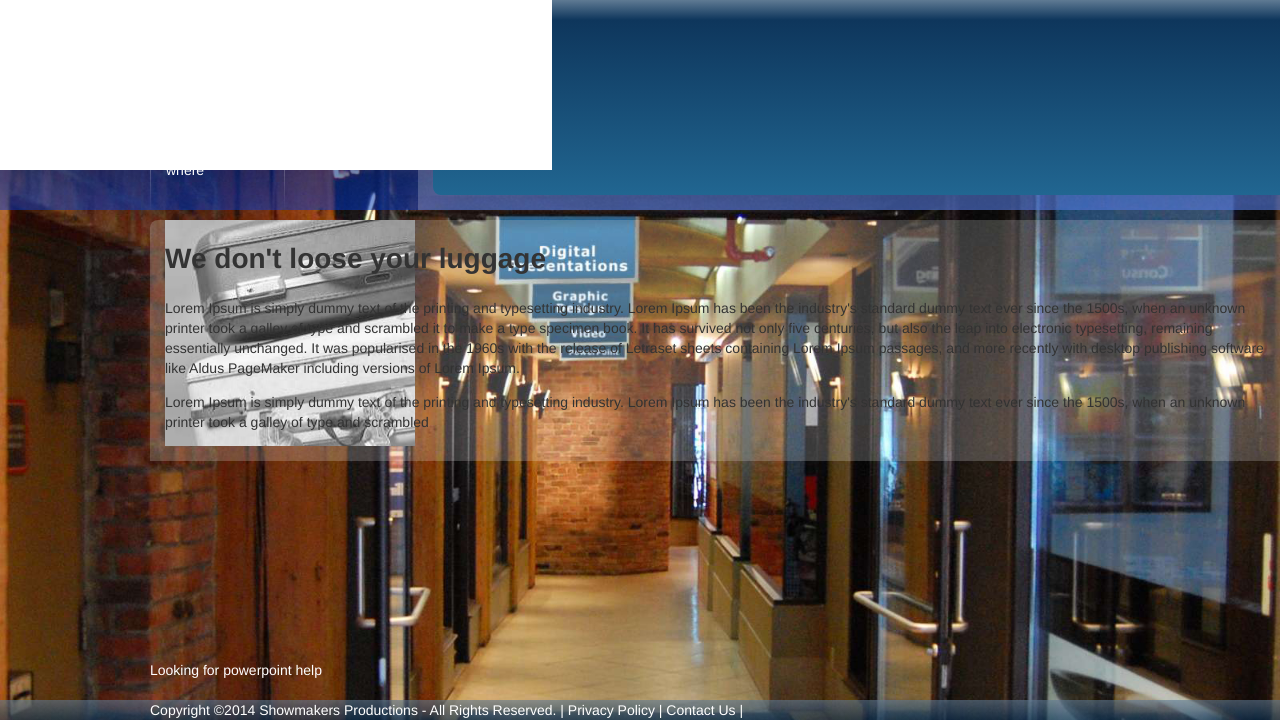
Repository: EddieMachete/showmakers
Page: index.html
The author's editor kept a record of every edit. The page is drawn from the files as they stood at one moment, then again after the next edit.
The browser window is 1280 px wide. The pictures show the whole page.
Backgrounds fixed to the window are drawn as part of the page.

Above is the page before.
Console error: TypeError: Cannot read properties of undefined (reading 'querySelector')

After the next edit:
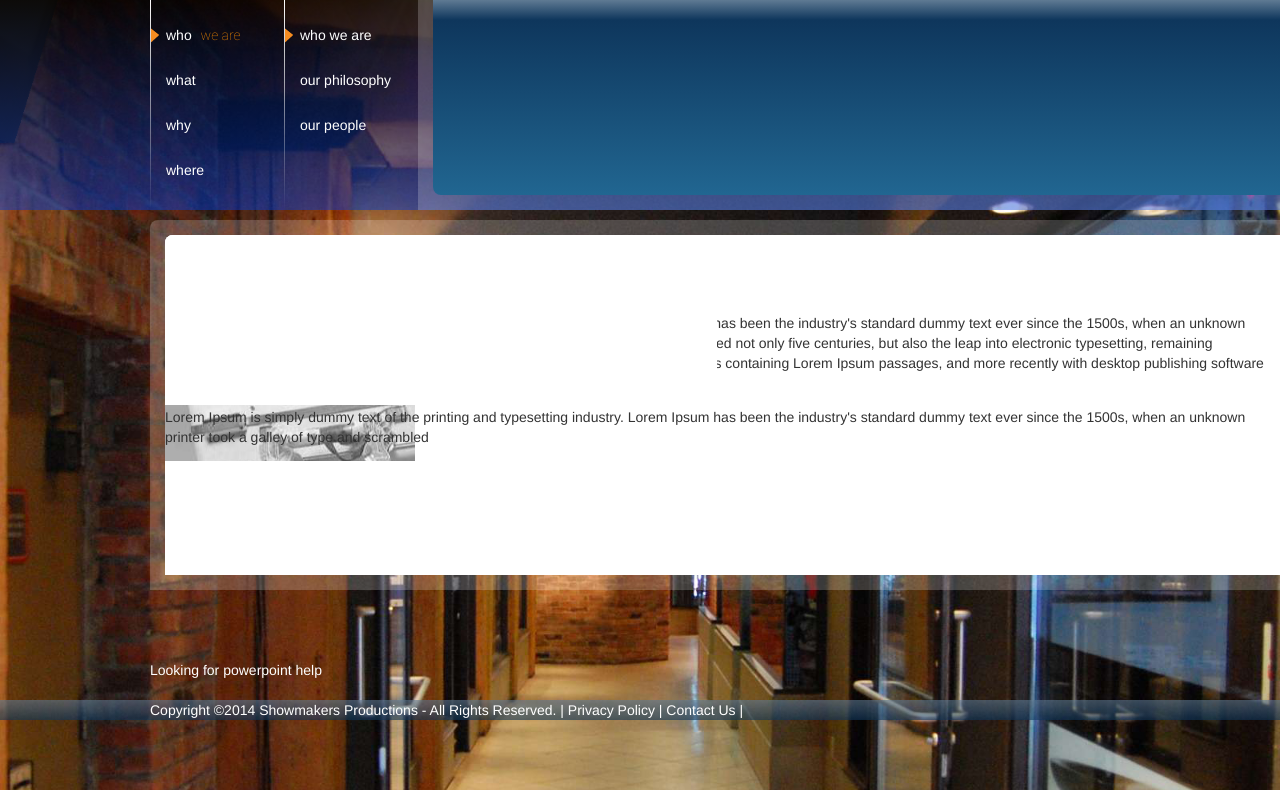
The edit:
--- a/index.html
+++ b/index.html
@@ -87,8 +87,8 @@
         </div>
     </div>
     <div class="main-content padded-left frosted-glass top-left-round-corners-8">
-        <!-- ----- Our Philosophy ----- -->
-        <div class="top-left-round-corners-8">
+        <div class="container main-content-high top-left-round-corners-8">
+            <!-- ----- Our Philosophy ----- -->
             <div class="our-philosophy-content">
                 <div class="message">
                     <h1>We don&apos;t loose your luggage</h1>
